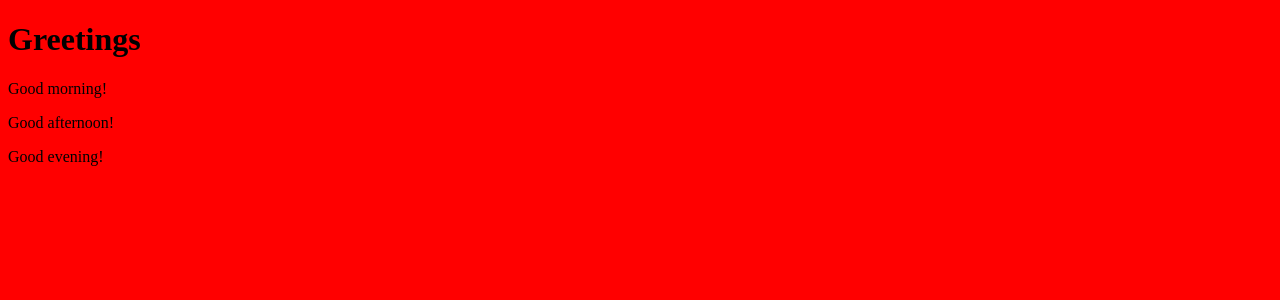
Repository: ayame-murayama/Monolist
Page: testyou.html
The author's editor kept a record of every edit. The page is drawn from the files as they stood at one moment, then again after the next edit.
The browser window is 1280 px wide. The pictures show the whole page.

Above is the page before.

After the next edit:
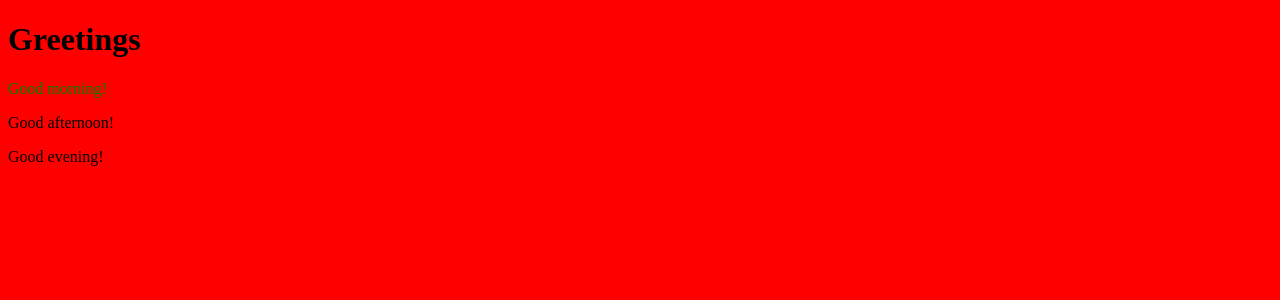
The edit:
--- a/testyou.html
+++ b/testyou.html
@@ -9,7 +9,7 @@
         <h1>Greetings</h1>
 
         <div id="greetings">
-        <span class="morning>"
+        <span class="morning">
           <p>
            Good morning!
           </p>
